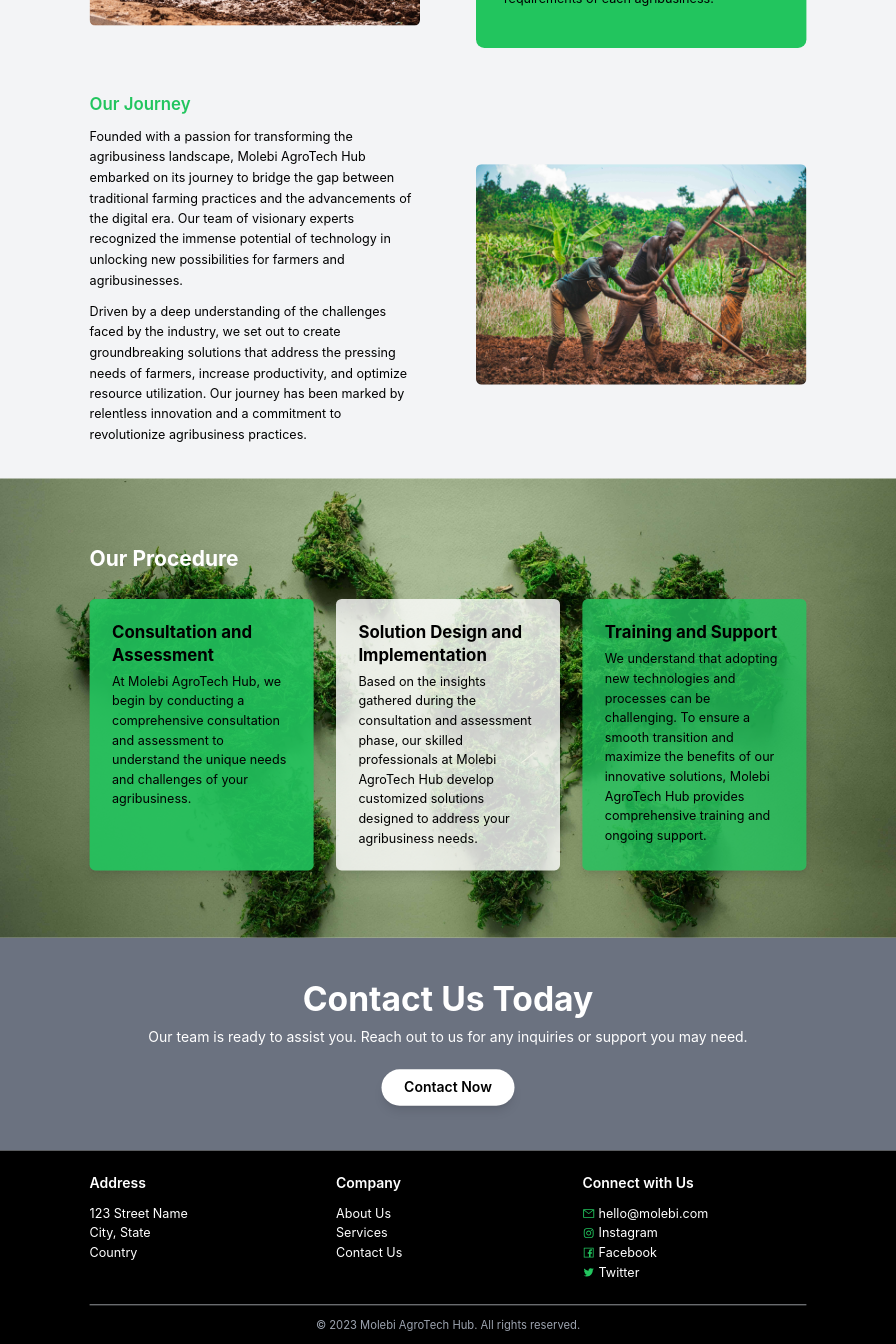
Repository: akinolapo/agric-tech
Page: /about
These files come from the project's save history. The page is drawn as it stood at one moment and after the next save; the edit follows.
The browser window is 1280 px wide. The pictures show the part of the page from y = 932 to 2852 px (the page is 2852 px tall), at 70% of full size.
The project was rebuilt for these pictures with package versions that can differ from the ones it lists, and the page was loaded fresh each time. Also part of the build but not shown: src/components/Hero.jsx, src/components/ImageText.jsx, src/components/TwoColumnMasonry.jsx, src/components/TwoColumnComponent.jsx, src/App.jsx.

Above is the page before, as saved 2023-05-28 20:42:08.

### public/index.html
<!DOCTYPE html>
<html lang="en">
  <head>
    <meta charset="utf-8" />
    <link rel="icon" href="%PUBLIC_URL%/favicon.ico" />
    <meta name="viewport" content="width=device-width, initial-scale=1" />
    <meta name="theme-color" content="#000000" />
    <meta
      name="description"
      content="Empowering Agribusinesses with Innovative Solutions and Technology"
    />
    <link rel="apple-touch-icon" href="%PUBLIC_URL%/logo192.png" />
    <!--
      manifest.json provides metadata used when your web app is installed on a
      user's mobile device or desktop. See https://developers.google.com/web/fundamentals/web-app-manifest/
    -->
    <link rel="manifest" href="%PUBLIC_URL%/manifest.json" />
    <!--
      Notice the use of %PUBLIC_URL% in the tags above.
      It will be replaced with the URL of the `public` folder during the build.
      Only files inside the `public` folder can be referenced from the HTML.

      Unlike "/favicon.ico" or "favicon.ico", "%PUBLIC_URL%/favicon.ico" will
      work correctly both with client-side routing and a non-root public URL.
      Learn how to configure a non-root public URL by running `npm run build`.
    -->
    <title>Molebi AgroTech Hub</title>
  </head>
  <body>
    <noscript>You need to enable JavaScript to run this app.</noscript>
    <div id="root"></div>
    <!--
      This HTML file is a template.
      If you open it directly in the browser, you will see an empty page.

      You can add webfonts, meta tags, or analytics to this file.
      The build step will place the bundled scripts into the <body> tag.

      To begin the development, run `npm start` or `yarn start`.
      To create a production bundle, use `npm run build` or `yarn build`.
    -->
  </body>
</html>

### src/index.js
import React from 'react';
import ReactDOM from 'react-dom/client';
import { BrowserRouter, Routes, Route } from "react-router-dom";
import './index.css';
import App from './App';
import AboutPage from './components/about-page/AboutPage';

const root = ReactDOM.createRoot(document.getElementById('root'));
root.render(
  <React.StrictMode>
    <BrowserRouter>
            <Routes>
                <Route path="/" element={<App />} />
                <Route path="/about" element={<AboutPage />} />
            </Routes>
            {/* <App /> */}
        </BrowserRouter>
  </React.StrictMode>
);

### src/index.css
@tailwind base;
@tailwind components;
@tailwind utilities;

body {
  margin: 0;
  font-family: -apple-system, BlinkMacSystemFont, 'Segoe UI', 'Roboto', 'Oxygen',
    'Ubuntu', 'Cantarell', 'Fira Sans', 'Droid Sans', 'Helvetica Neue',
    sans-serif;
  -webkit-font-smoothing: antialiased;
  -moz-osx-font-smoothing: grayscale;
}

code {
  font-family: source-code-pro, Menlo, Monaco, Consolas, 'Courier New',
    monospace;
}

.card-icon{
  height: 40px;
  width: 40px;
  color: #22C55E;
}

.underline-title{
  height: 3px;;
  background-color: #22C55E;
}

.green-icon{
  color: #22C55E;
  width: 18px;
  height: 18px;
  margin-right: 5px;
}

.phone-call:hover{
  color: white;
}

### src/components/about-page/AboutPage.jsx
import React from 'react';
import Header from '../Header';
import Footer from '../Footer';
import ImageBackground from './ImageBackground';
import Value from '../Value';
import ImageBackground2 from './ImageBackground2';
import CTA from '../CTA';

const AboutPage = () => {
  return (
    <>
    <Header/>
    <ImageBackground/>
    <div className="bg-gray-100 ">
      <div className="container mx-auto py-8 px-5 sm:px-32">
        <div className="grid items-center grid-cols-1 gap-20 md:grid-cols-2">
          <div className="relative overflow-hidden">
            <img
              src={process.env.PUBLIC_URL+`media/about.jpg`}
              alt="About Us"
              className="rounded-lg mb-4 md:mb-0 md:mr-4"
            />
          </div>
          <div className="flex flex-col justify-center bg-green-500 p-10 rounded-xl">
            <h3 className='text-2xl mb-4 font-semibold'>What We Do</h3>
            <p className="text-lg leading-relaxed mb-4">
            At Molebi AgroTech Hub, we understand the challenges faced by the agricultural sector and the need for efficient, modern solutions. Our team of experts combines their deep industry knowledge with advanced technological expertise to develop customized solutions tailored to the unique requirements of each agribusiness.
            </p>
          </div>
        </div>
      </div>

      <div className="container mx-auto py-8 px-5 sm:px-32">
        <div className="grid items-center grid-cols-1 gap-20 md:grid-cols-2">
        <div className="flex flex-col justify-center">
            <h3 className='text-2xl mb-4 text-green-500 font-semibold'>Our Journey</h3>
            <p className="text-lg leading-relaxed mb-4">
            Founded with a passion for transforming the agribusiness landscape, Molebi AgroTech Hub embarked on its journey to bridge the gap between traditional farming practices and the advancements of the digital era. Our team of visionary experts recognized the immense potential of technology in unlocking new possibilities for farmers and agribusinesses.
            </p>
            <p className="text-lg leading-relaxed mb-4">
            Driven by a deep understanding of the challenges faced by the industry, we set out to create groundbreaking solutions that address the pressing needs of farmers, increase productivity, and optimize resource utilization. Our journey has been marked by relentless innovation and a commitment to revolutionize agribusiness practices.
            </p>
          </div>
          <div className="relative overflow-hidden">
            <img
              src={process.env.PUBLIC_URL+`media/about-1.jpg`}
              alt="About Us"
              className="rounded-lg mb-4 md:mb-0 md:mr-4"
            />
          </div>
        </div>
      </div>

    </div>
    <ImageBackground2/>
    <CTA/>
    <Footer/>
    </>
  );
};

export default AboutPage;

### src/components/Header.jsx
import React, { useEffect, useState } from 'react';
import {Link} from 'react-router-dom'
import {FiPhoneCall} from 'react-icons/fi'


const Header = () => {
  const [isMenuOpen, setIsMenuOpen] = useState(false);

  const toggleMenu = () => {
    setIsMenuOpen(!isMenuOpen);
  };

  const closeMenu = () => {
    setIsMenuOpen(false);
  };

  const [isFixed, setIsFixed] = useState(false);

  useEffect(() => {
    const handleScroll = () => {
      if (window.scrollY > 0) {
        setIsFixed(true);
      } else {
        setIsFixed(false);
      }
    };

    window.addEventListener('scroll', handleScroll);
    return () => window.removeEventListener('scroll', handleScroll);
  }, []);

  return (
    <header className={`bg-white border-b-2 ${isFixed ? 'fixed top-0 z-10 w-full' : ''}`}>
      <div className="container mx-auto flex justify-between items-center py-4 px-5 sm:px-32">
        <div className="flex items-center">
          <img
            src={process.env.PUBLIC_URL+`media/logo.png`}
            alt="Logo"
            className="h-10 w-auto"
          />
        </div>
        <div className="hidden md:flex space-x-8">
          <Link to='/' className="text-gray-800 hover:text-gray-600 text-lg font-semibold">Home</Link>
          <Link to='/about' className="text-gray-800 hover:text-gray-600 text-lg font-semibold">About</Link>
          {/* <Link to='' className="text-gray-800 hover:text-gray-600 text-lg font-semibold">Services</Link> */}
          {/* <Link to='' className="text-gray-800 hover:text-gray-600 text-lg font-semibold">Contact</Link> */}
        </div>
        <div className="md:hidden">
          <button
            type="button"
            className="flex items-center p-2 rounded-md text-gray-800 hover:text-gray-600 focus:outline-none"
            onClick={toggleMenu}
          >
            <svg
              xmlns="http://www.w3.org/2000/svg"
              className="h-6 w-6"
              fill="none"
              viewBox="0 0 24 24"
              stroke="currentColor"
            >
              <path
                strokeLinecap="round"
                strokeLinejoin="round"
                strokeWidth="2"
                d="M4 6h16M4 12h16M4 18h16"
              />
            </svg>
          </button>

        </div>
        <div className="hidden md:block">
          <button
            type="button"
            className="bg-white border-green-500 border-2 text-green-500 rounded-lg py-2 px-4 flex items-center transition ease-in-out delay-150 hover:bg-green-500 duration-300 hover:text-white"
          >
            <FiPhoneCall className='mr-2 w-4'/> Call Us
          </button>
        </div>
      </div>
      <div>
          {isMenuOpen && (
            <div className="mt-2 w-full">
              <ul className="bg-white border rounded-md divide-y divide-gray-200 shadow-md">
                <li className="py-2 px-4">
                  <a href="#" className="text-gray-800 hover:text-gray-600 text-lg font-semibold">Home</a>
                </li>
                <li className="py-2 px-4">
                  <a href="#" className="text-gray-800 hover:text-gray-600 text-lg font-semibold">About</a>
                </li>
                <li className="py-2 px-4">
                  <a href="#" className="text-gray-800 hover:text-gray-600 text-lg font-semibold">Services</a>
                </li>
                <li className="py-2 px-4">
                  <a href="#" className="text-gray-800 hover:text-gray-600 text-lg font-semibold">Contact</a>
                </li>
                <li className="py-2 px-4">
                  <button
                    type="button"
                    className="bg-green-500 text-white rounded-lg py-2 px-4 w-full"
                  >
                    Food
                  </button>
                </li>
              </ul>
              <div className="absolute top-0 right-0 p-2">
              </div>
            </div>
          )}
          </div>
    </header>
  );
};

export default Header;

### src/components/Value.jsx
import React from 'react'
import {FaRegHandshake} from 'react-icons/fa'
import {AiOutlineDatabase} from 'react-icons/ai'
import {MdOutlineCurrencyExchange, MdOutlineAgriculture} from 'react-icons/md'
import {GiFoodTruck, GiGiftOfKnowledge} from 'react-icons/gi'

const data= [
    {
        id: 1,
        icon: <FaRegHandshake className='card-icon'/>,
        title: 'Collaborative Partnerships',
        description: 'We believe in the power of collaboration. We forge strong partnerships with agribusinesses, farmers, industry stakeholders, and technology providers to create a network that fosters knowledge sharing, innovation, and mutual growth.',
        // link: '/'
    },
    {
        id: 2,
        icon: <AiOutlineDatabase className='card-icon'/>,
        title: 'Storage and Warehousing',
        description: 'Molebi AgroTech Hub provides advanced storage and warehousing facilities to ensure the proper handling and preservation of agricultural commodities. We offer storage solutions with inventory management systems, and quality control measures, reducing post-harvest losses.',
        // link: '/'
    },
    {
        id: 3,
        icon: <MdOutlineCurrencyExchange className='card-icon'/>,
        title: 'Commodity Trading',
        description: 'Molebi AgroTech Hub provides a comprehensive value chain solution that includes commodity trading and marketing services. We help agribusinesses connect with buyers and sellers, ensuring efficient and profitable transactions.',
        // link: '/'
    },
    {
        id: 4,
        icon: <MdOutlineAgriculture className='card-icon'/>,
        title: 'Cutting-edge Technology',
        description: 'We provide innovative and advanced technological solutions that empower agribusinesses to stay ahead in the industry. Our tools and systems are designed to optimize productivity and maximize growth.',
        // link: '/'
    },
    {
        id: 5,
        icon: <GiFoodTruck className='card-icon'/>,
        title: 'Transportation and Logistics',
        description: 'Molebi AgroTech Hub facilitates efficient transportation and logistics services, ensuring timely delivery of agricultural products to markets, reducing wastage, and enhancing profitability for agribusinesses.',
        // link: '/'
    },
    {
        id: 6,
        icon: <GiGiftOfKnowledge className='card-icon'/>,
        title: 'Knowledge Sharing and Training',
        description: 'Empowering farmers and agribusinesses with valuable knowledge, training, and resources to optimize their productivity and stay updated with industry trends.',
        // link: '/'
    }

]

const Value = () => {
  return (
    < div className='py-10 px-5 sm:px-32'>
    <div className='text-center'>
        <h2 className='text-2xl text-green-500 font-bold mb-4'>Our Value Chain</h2>
        <p className="text-lg">Our approach is inspired by our determination to improve the agricultural landscape in Africa.</p>
    </div>
    <div className='mt-10 block md:grid md:gap-20 md: grid-cols-2 lg:grid-cols-3'>
        {
            data.map(({id, icon, title, description})=>{
                return(
                    <div key={id} className='border-solid border-2 border-green-500 p-6 rounded-2xl mb-4 md:mb-0'>
            {icon}
            <h3 className='text-xl '>{title}</h3>
            <hr className='underline-title w-10 my-2'></hr>
            <p className="text-lg">{description}</p>
        </div>
                )
            })
        }

    </div>
    </div>
  )
}

export default Value

### src/components/Footer.jsx
import React from 'react';
import {AiOutlineInstagram, AiOutlineFacebook, AiOutlineTwitter, AiOutlineMail} from 'react-icons/ai'

const Footer = () => {
  return (
    <footer className="bg-black text-white px-5 sm:px-32">
      <div className="container mx-auto py-8">
        <div className="grid grid-cols-1 md:grid-cols-3 gap-8">
          <div>
            <h3 className="text-xl font-semibold mb-4">Address</h3>
            <p className='text-lg'>123 Street Name</p>
            <p className='text-lg'>City, State</p>
            <p className='text-lg'>Country</p>
          </div>
          <div>
            <h3 className="text-xl font-semibold mb-4">Company</h3>
            <p className='text-lg'>About Us</p>
            <p className='text-lg'>Services</p>
            <p className='text-lg'>Contact Us</p>
          </div>
          <div>
            <h3 className="text-xl font-semibold mb-4">Connect with Us</h3>
            <p className='flex items-center text-lg'><AiOutlineMail className='green-icon'/><span>hello@molebi.com</span></p>
            <p className='flex items-center text-lg'><AiOutlineInstagram className='green-icon'/><span>Instagram</span></p>
            <p className='flex items-center text-lg'><AiOutlineFacebook className='green-icon'/><span>Facebook</span></p>
            <p className='flex items-center text-lg'><AiOutlineTwitter className='green-icon'/><span>Twitter</span></p>
          </div>
        </div>
      </div>
      <div className="border-t border-gray-300 py-4 text-center">
        <p className="text-gray-400">© {new Date().getFullYear()} Molebi AgroTech Hub. All rights reserved.</p>
      </div>
    </footer>
  );
};

export default Footer;

### src/components/about-page/ImageBackground.jsx
import React from 'react';
import bgImage from './background.jpg';

const ImageBackground = () => {
  return (
    <div className="relative bg-cover bg-no-repeat bg-center" style={{ backgroundImage: `url(${bgImage})` }}>
      <div className="relative px-5 sm:px-32 py-8 md:py-16 lg:py-24">
        <div className="container mx-auto">
        <h1 className='text-black text-3xl font-bold mb-10'>About Us</h1>
          <div className="grid grid-cols-1 md:grid-cols-3 gap-8">
            <div className="bg-green-500 bg-opacity-90 p-6 md:p-8 rounded-lg shadow-lg">
              <h3 className="text-xl md:text-2xl font-bold mb-2">Who We Are</h3>
              <p className='text-lg'>Molebi AgroTech Hub is a leading provider of innovative solutions for agribusinesses.</p>
            </div>

            <div className="bg-white bg-opacity-80 p-6 md:p-8 rounded-lg shadow-lg">
              <h3 className="text-xl md:text-2xl font-bold mb-2">Our Vision</h3>
              <p className='text-lg'>To inspire the production and distribution of sustainable food for Africa.</p>
            </div>

            <div className="bg-white bg-opacity-80 p-6 md:p-8 rounded-lg shadow-lg">
              <h3 className="text-xl md:text-2xl font-bold mb-2">Our Mission</h3>
              <p className='text-lg'>Our mission is to empower farmers and agricultural companies with cutting-edge technology for enhanced productivity and growth.</p>
            </div>
          </div>
        </div>
      </div>
    </div>
  );
};

export default ImageBackground;

### src/components/about-page/ImageBackground2.jsx
import React from 'react';
import bgImage from './background-1.jpg';

const ImageBackground2 = () => {
  return (
    <div className="relative bg-cover bg-no-repeat bg-center" style={{ backgroundImage: `url(${bgImage})` }}>
      <div className="relative px-5 sm:px-32 py-8 md:py-16 lg:py-24">
        <div className="container mx-auto">
        <h1 className='text-white text-3xl font-bold mb-10'>Our Procedure</h1>
          <div className="grid grid-cols-1 md:grid-cols-3 gap-8">
            <div className="bg-green-500 bg-opacity-90 p-6 md:p-8 rounded-lg shadow-lg">
              <h3 className="text-xl md:text-2xl font-bold mb-2">Consultation and Assessment</h3>
              <p className='text-lg'>At Molebi AgroTech Hub, we begin by conducting a comprehensive consultation and assessment to understand the unique needs and challenges of your agribusiness. </p>
            </div>

            <div className="bg-white bg-opacity-80 p-6 md:p-8 rounded-lg shadow-lg">
              <h3 className="text-xl md:text-2xl font-bold mb-2">Solution Design and Implementation</h3>
              <p className='text-lg'>Based on the insights gathered during the consultation and assessment phase, our skilled professionals at Molebi AgroTech Hub develop customized solutions designed to address your agribusiness needs.</p>
            </div>

            <div className="bg-green-500 bg-opacity-80 p-6 md:p-8 rounded-lg shadow-lg">
              <h3 className="text-xl md:text-2xl font-bold mb-2">Training and Support</h3>
              <p className='text-lg'>We understand that adopting new technologies and processes can be challenging. To ensure a smooth transition and maximize the benefits of our innovative solutions, Molebi AgroTech Hub provides comprehensive training and ongoing support.</p>
            </div>
          </div>
        </div>
      </div>
    </div>
  );
};

export default ImageBackground2;

### src/components/CTA.jsx
import React from 'react';

const CTA = () => {
  return (
    <div className="text-white bg-gray-500 text-center py-8 px-4 sm:py-16 sm:px-8">
      <h1 className="text-4xl sm:text-5xl font-bold mb-4">Contact Us Today</h1>
      <p className="text-lg sm:text-xl mb-8">
        Our team is ready to assist you. Reach out to us for any inquiries or support you may need.
      </p>
      <button className="bg-white text-black py-3 px-8 rounded-full shadow-lg font-semibold text-lg sm:text-xl hover:bg-gray-200 focus:outline-none focus:ring-2 focus:ring-offset-2 focus:ring-gray-400">
        Contact Now
      </button>
    </div>
  );
};

export default CTA;

Loaded but not shown: tailwind.config.js (common file)

After the next save:
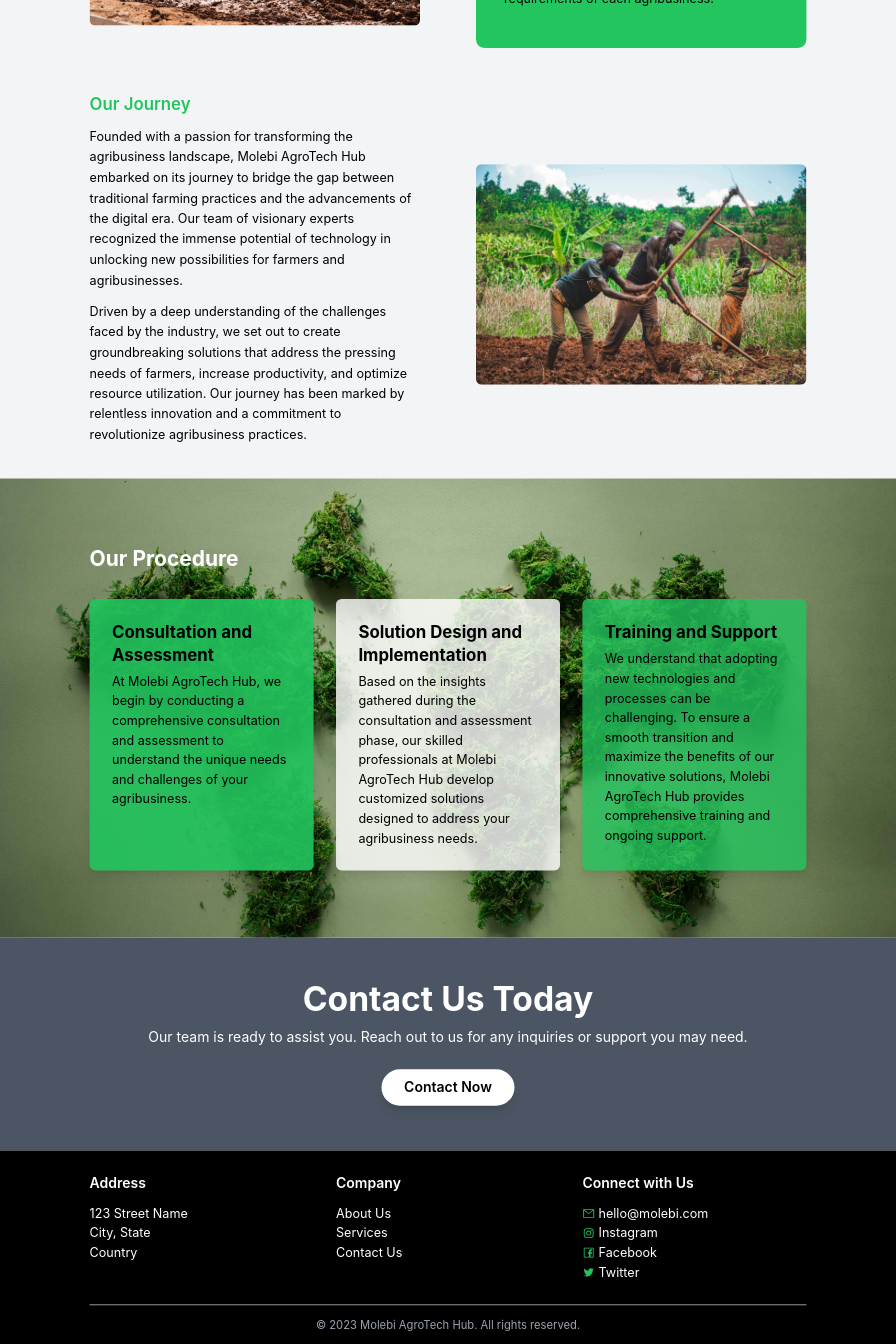
Saved 27 s later.
--- a/src/components/CTA.jsx
+++ b/src/components/CTA.jsx
@@ -2,7 +2,7 @@ import React from 'react';
 
 const CTA = () => {
   return (
-    <div className="text-white bg-gray-500 text-center py-8 px-4 sm:py-16 sm:px-8">
+    <div className="text-white bg-gray-600 text-center py-8 px-4 sm:py-16 sm:px-8">
       <h1 className="text-4xl sm:text-5xl font-bold mb-4">Contact Us Today</h1>
       <p className="text-lg sm:text-xl mb-8">
         Our team is ready to assist you. Reach out to us for any inquiries or support you may need.
